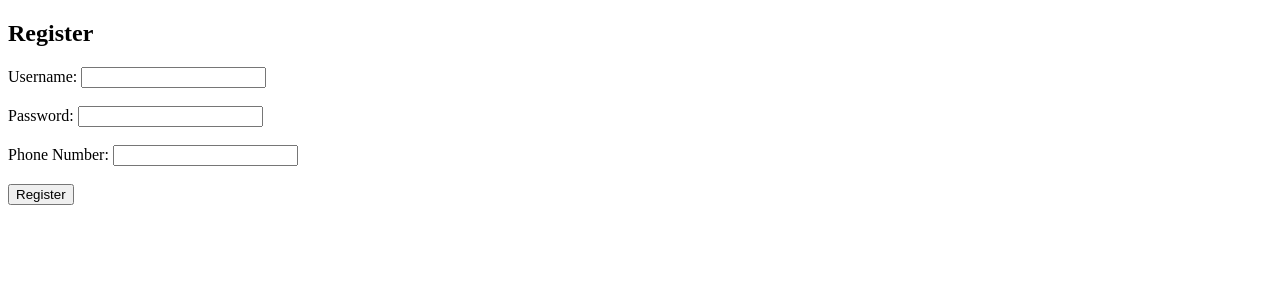
Repository: Vaibhav979/MyPetalPot
Page: src/main/resources/templates/register.html
These files come from the project's save history. The page is drawn as it stood at one moment and after a run of saves; the edit follows.
The browser window is 1280 px wide. The pictures show the whole page.

Above is the page before, as saved 2024-11-20 16:29:13.

After the next 2 saves:
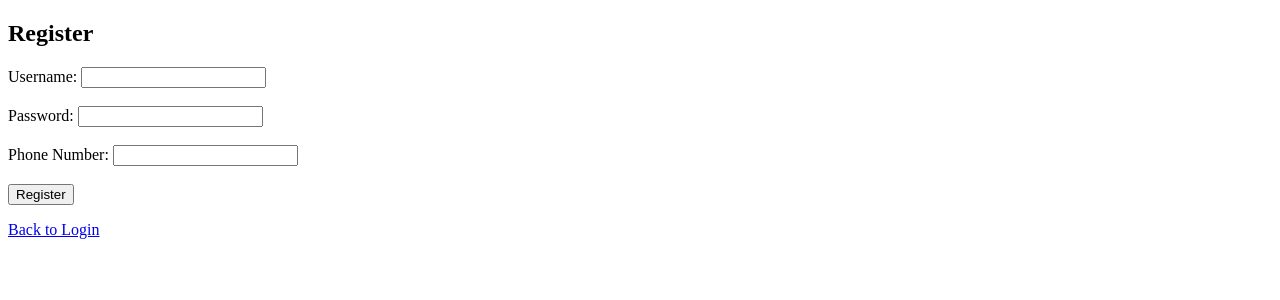
The 2 saves are shown as one change because they came seconds apart.
The last was saved 73 s later.
--- a/src/main/resources/templates/register.html
+++ b/src/main/resources/templates/register.html
@@ -18,6 +18,7 @@
         <input type="text" id="phoneNumber" name="phoneNumber" required><br><br>
         <button type="submit">Register</button>
     </form>
+    <p><a href="/api/users/login">Back to Login</a></p>
 </body>
 
 </html>
